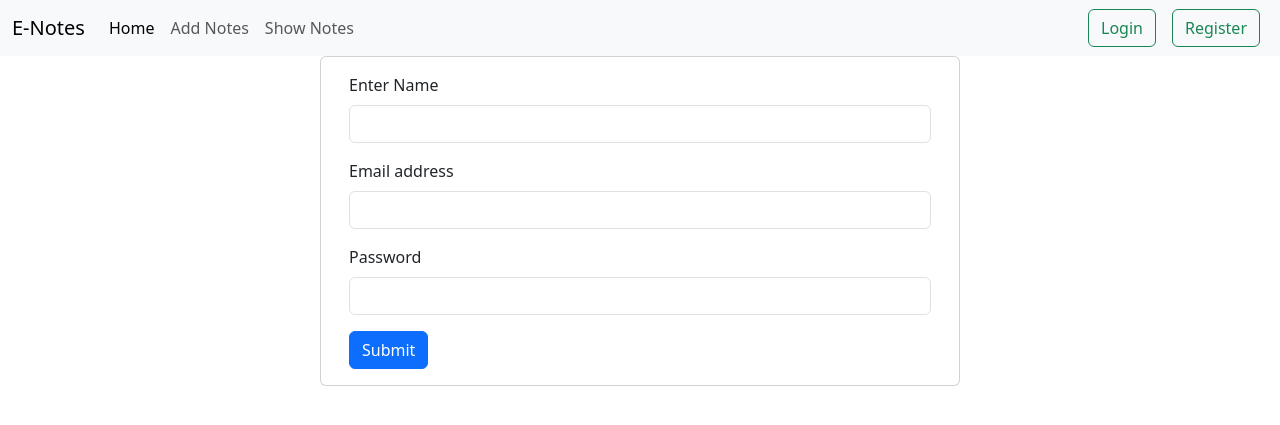
Repository: SandeepSharma2002/JavaProjects
Page: http://localhost/ENotes/LoginPage.jsp
These files come from the project's save history. The page is drawn as it stood at one moment and after the next save; the edit follows.
The browser window is 1280 px wide. The pictures show the whole page.
The page is served by Tomcat 9. Other server files are loaded and not shown.

Above is the page before, as saved 2023-10-23 20:05:25.

### ENotes/src/main/webapp/LoginPage.jsp
<%@ page language="java" contentType="text/html; charset=ISO-8859-1"
	pageEncoding="ISO-8859-1"%>
<!DOCTYPE html>
<html>
<head>
<meta charset="ISO-8859-1">
<title>Login Page</title>
<%@ include file="Components/allcss.jsp"%>
</head>
<body>
	<%@include file="Components/Navbar.jsp"%>
	<div class="card container-fluid col-md-6">
		<div class="card-body">
			<form>
				<div class="mb-3">
					<label for="exampleInputEmail1" class="form-label">Enter
						Name</label> <input type="text" class="form-control"
						id="exampleInputEmail1" aria-describedby="emailHelp">
				</div>
				<div class="mb-3">
					<label for="exampleInputEmail1" class="form-label">Email
						address</label> <input type="email" class="form-control"
						id="exampleInputEmail1" aria-describedby="emailHelp">

				</div>
					<div class="mb-3">
						<label for="exampleInputPassword1" class="form-label">Password</label>
						<input type="password" class="form-control"
							id="exampleInputPassword1">
					</div>
					<button type="submit" class="btn btn-primary">Submit</button>
			</form>
		</div>
	</div>
</body>
</html>

### ENotes/src/main/webapp/Components/allcss.jsp
<link ref="stylesheet" href="Style/Style.css" />

<link
	href="https://cdn.jsdelivr.net/npm/bootstrap@5.3.2/dist/css/bootstrap.min.css"
	rel="stylesheet"
	integrity="sha384-T3c6CoIi6uLrA9TneNEoa7RxnatzjcDSCmG1MXxSR1GAsXEV/Dwwykc2MPK8M2HN"
	crossorigin="anonymous">

<link rel="stylesheet"
	href="https://cdnjs.cloudflare.com/ajax/libs/font-awesome/6.4.2/css/all.min.css"
	integrity="sha512-z3gLpd7yknf1YoNbCzqRKc4qyor8gaKU1qmn+CShxbuBusANI9QpRohGBreCFkKxLhei6S9CQXFEbbKuqLg0DA=="
	crossorigin="anonymous" referrerpolicy="no-referrer" />


<script
	src="https://cdn.jsdelivr.net/npm/bootstrap@5.3.2/dist/js/bootstrap.bundle.min.js"
	integrity="sha384-C6RzsynM9kWDrMNeT87bh95OGNyZPhcTNXj1NW7RuBCsyN/o0jlpcV8Qyq46cDfL"
	crossorigin="anonymous"></script>

### ENotes/src/main/webapp/Components/Navbar.jsp
<nav class="navbar navbar-expand-lg navbar-light bg-light">
  <div class="container-fluid">
    <a class="navbar-brand" href="index.jsp">E-Notes</a>
    <button class="navbar-toggler" type="button" data-bs-toggle="collapse" data-bs-target="#navbarSupportedContent" aria-controls="navbarSupportedContent" aria-expanded="false" aria-label="Toggle navigation">
      <span class="navbar-toggler-icon"></span>
    </button>
    <div class="collapse navbar-collapse" id="navbarSupportedContent">
      <ul class="navbar-nav me-auto mb-2 mb-lg-0">
        <li class="nav-item">
          <a class="nav-link active" aria-current="page" href="#">Home</a>
        </li>
        <li class="nav-item">
          <a class="nav-link" href="#">Add Notes</a>
        </li>
        <li class="nav-item">
          <a class="nav-link" href="#">Show Notes</a>
        </li>
      </ul>
      <form class="d-flex">
        <a href = "LoginPage.jsp" class = "btn btn-outline-success my-2 my-sm-0 mx-sm-2" type = "submit">Login</a>
        <a href = "RegisterPage.jsp" class = "btn btn-outline-success my-2 my-sm-0 mx-sm-2" type = "submit">Register</a>
      </form>
    </div>
  </div>
</nav>

After the next save:
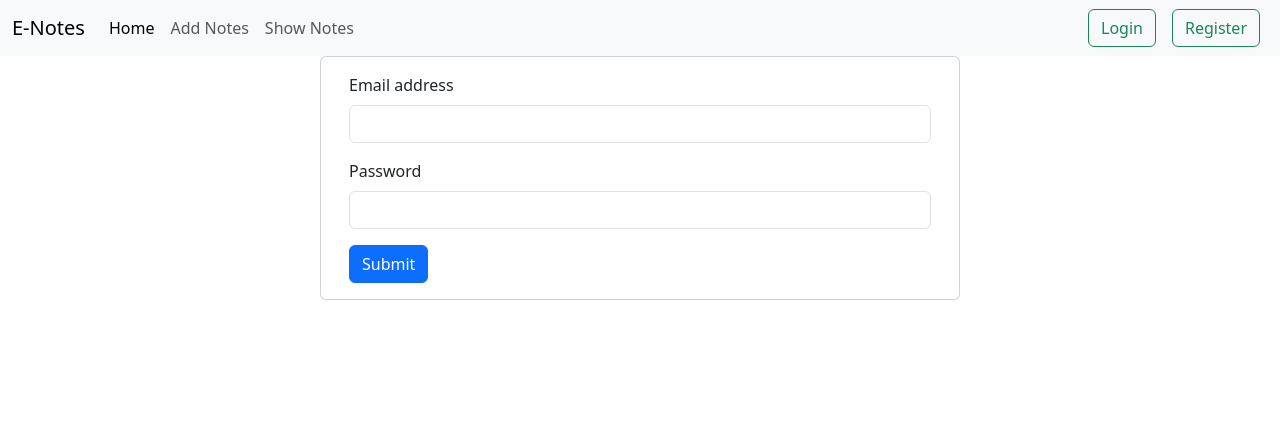
Saved 71 s later.
--- a/ENotes/src/main/webapp/LoginPage.jsp
+++ b/ENotes/src/main/webapp/LoginPage.jsp
@@ -12,11 +12,6 @@
 	<div class="card container-fluid col-md-6">
 		<div class="card-body">
 			<form>
-				<div class="mb-3">
-					<label for="exampleInputEmail1" class="form-label">Enter
-						Name</label> <input type="text" class="form-control"
-						id="exampleInputEmail1" aria-describedby="emailHelp">
-				</div>
 				<div class="mb-3">
 					<label for="exampleInputEmail1" class="form-label">Email
 						address</label> <input type="email" class="form-control"
